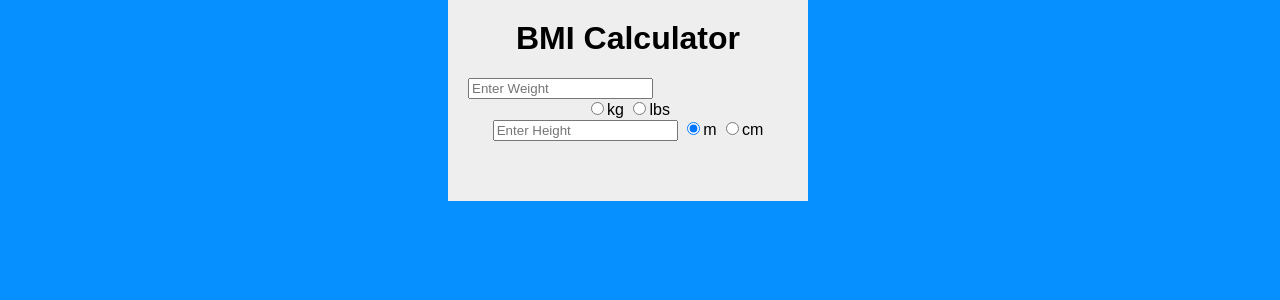
Repository: shayanabedi98/bmi-calculator
Page: index.html
An editor plug-in stored every save of this project. The page is shown before and after the next save, followed by the edit.
The browser window is 1280 px wide. The pictures show the whole page.

Above is the page before, as saved 2023-07-24 13:41:37.

After the next save:
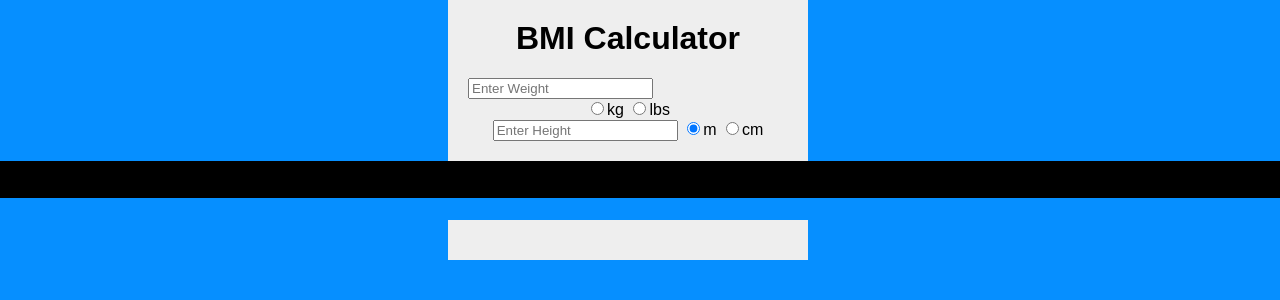
Saved 18 s later.
--- a/index.html
+++ b/index.html
@@ -22,7 +22,9 @@
             </div>
         </div>
     </div>
-    <div class="test"></div>
+    <div class="test">
+        <h1>father</h1>
+    </div>
     <div class="card">
         <div class="bmi-chart">
 
